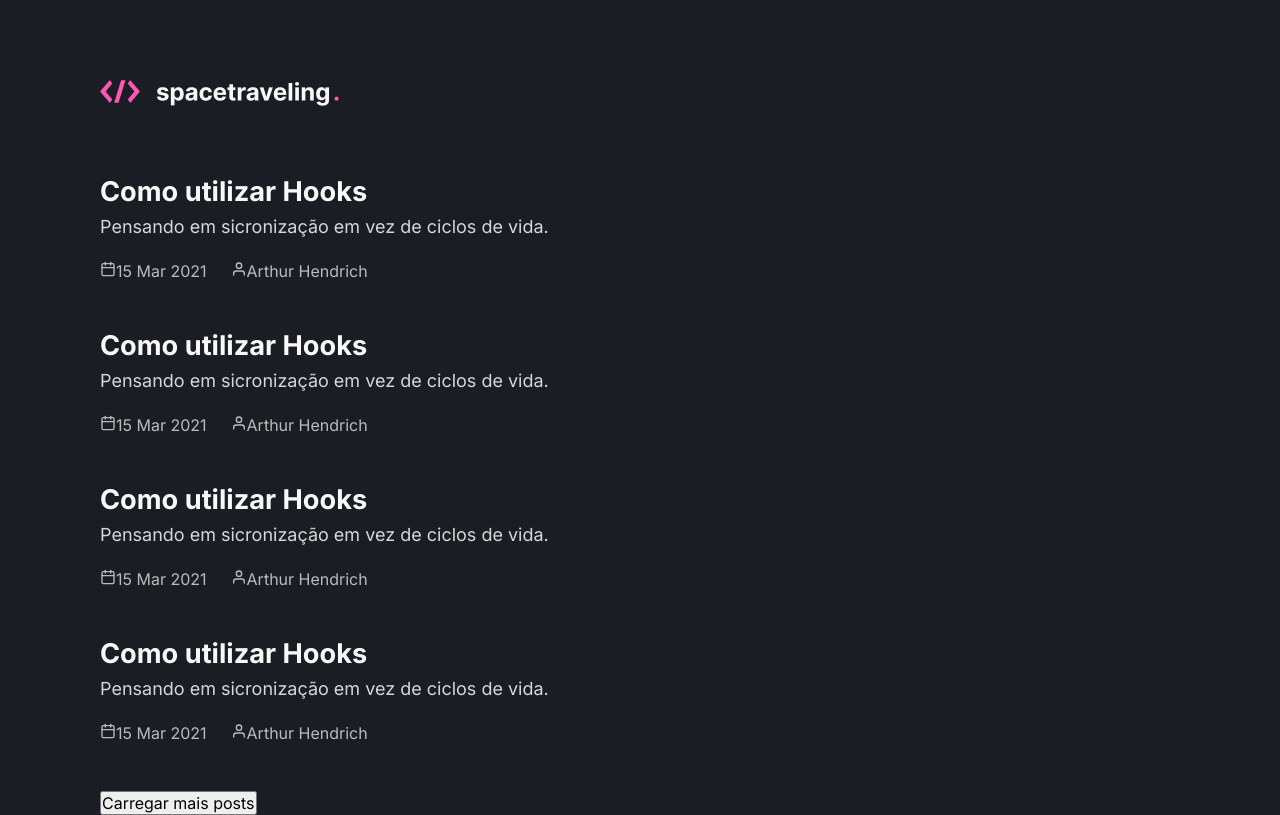
Repository: ArthurHendrich/Ignite-NextJS
Page: /
These files come from the project's save history. The page is drawn as it stood at one moment and after the next save; the edit follows.
The browser window is 1280 px wide. The pictures show the whole page.
The project was rebuilt for these pictures with package versions that can differ from the ones it lists, and the page was loaded fresh each time. The framework's server and built-in components were replaced by stand-ins that run in the browser.

Above is the page before, as saved 2022-07-09 15:52:30.

### src/pages/_document.tsx
import Document, { Head, Html, Main, NextScript } from 'next/document';

export default class MyDocument extends Document {
  render() {
    return (
      <Html>
        <Head>
          <link rel="preconnect" href="https://fonts.googleapis.com" />
          <link href="https://fonts.googleapis.com/css2?family=Inter:wght@400;600;700&display=swap" rel="stylesheet" />
        </Head>
        <body>
          <Main />
          <NextScript />
        </body>
      </Html>
    );
  }
}

### src/pages/index.tsx
import { GetStaticProps } from 'next';

import { getPrismicClient } from '../services/prismic';

import commonStyles from '../styles/common.module.scss';
import styles from './home.module.scss';
import { FiCalendar, FiUser } from 'react-icons/fi';

interface Post {
  uid?: string;
  first_publication_date: string | null;
  data: {
    title: string;
    subtitle: string;
    author: string;
  };
}

interface PostPagination {
  next_page: string;
  results: Post[];
}

interface HomeProps {
  postsPagination: PostPagination;
}

export default function Home() {
  return (
    <main className={commonStyles.Container}>
      <div className={styles.Container}>
        <h1>Como utilizar Hooks</h1>
        <p>Pensando em sicronização em vez de ciclos de vida.</p>
        <div className={styles.ContentInfo}>
          <div className={styles.Date}>
            <FiCalendar />
            <span>15 Mar 2021</span>
          </div>
          <div className={styles.Author}>
            <FiUser />
            <span>Arthur Hendrich</span>
          </div>
        </div>
        <h1>Como utilizar Hooks</h1>
        <p>Pensando em sicronização em vez de ciclos de vida.</p>
        <div className={styles.ContentInfo}>
          <div className={styles.Date}>
            <FiCalendar />
            <span>15 Mar 2021</span>
          </div>
          <div className={styles.Author}>
            <FiUser />
            <span>Arthur Hendrich</span>
          </div>
        </div>
        <h1>Como utilizar Hooks</h1>
        <p>Pensando em sicronização em vez de ciclos de vida.</p>
        <div className={styles.ContentInfo}>
          <div className={styles.Date}>
            <FiCalendar />
            <span>15 Mar 2021</span>
          </div>
          <div className={styles.Author}>
            <FiUser />
            <span>Arthur Hendrich</span>
          </div>
        </div>
        <h1>Como utilizar Hooks</h1>
        <p>Pensando em sicronização em vez de ciclos de vida.</p>
        <div className={styles.ContentInfo}>
          <div className={styles.Date}>
            <FiCalendar />
            <span>15 Mar 2021</span>
          </div>
          <div className={styles.Author}>
            <FiUser />
            <span>Arthur Hendrich</span>
          </div>
        </div>

      </div>
      <div className={styles.Button}>
        <button>Carregar mais posts</button>
      </div>
    </main>
  );
}

// export const getStaticProps = async () => {
//   const prismic = getPrismicClient({});
//   const postsResponse = await prismic.getByType(TODO);

//   TODO
// };

### src/components/Header/index.tsx
import styles from './header.module.scss';

export default function Header() {
  return (
    <header className={styles.Container}>
        <img src="images/Logo.png" alt="logo"/>
    </header>
  )
}

### src/styles/globals.scss
* {
  box-sizing: border-box;
  margin: 0;
  padding: 0;
}

:root {
  --Highlight: #FF57B2;
  --Heading: #F8F8F8;
  --Background: #1A1D23;
  --Info: #BBBBBB;
  --Body: #D7D7D7;
}


@media (max-width: 1080px) {
  html {
    font-size: 93.75%;
  }
}

@media (max-width: 720px) {
  html {
    font-size: 87.5%;
  }
}

body{
  background: var(--Background);
}

body, input, textarea, select, button {
  font: 400 1rem 'Inter', sans-serif;
}

button {
  cursor: pointer;
}

a {
  color: inherit;
  text-decoration: none;
}

### src/styles/common.module.scss
.Container {
  max-width: 1080px;
  margin: 0 auto;
}

### src/pages/home.module.scss
.Container {
  margin-top: 4.0625rem;

  h1 {
    font-size: 1.7rem;
    color: var(--Heading);
  }

  p {
    margin-top: 0.5rem;
    font-size: 1.125rem;
    color: var(--Body);
  }

  .ContentInfo {
    display: flex;
    align-items: center;
    color: var(--Info);
    margin-top: 1.5rem;
    margin-bottom: 3rem;

    .Date {
      margin-right: 1.5rem;
    }
  }
}

### src/components/Header/header.module.scss
.Container {
  max-width: 1080px;
  margin: 0 auto;
  margin-top: 5rem;
}

Loaded but not shown: src/pages/_app.tsx (common file)

After the next save:
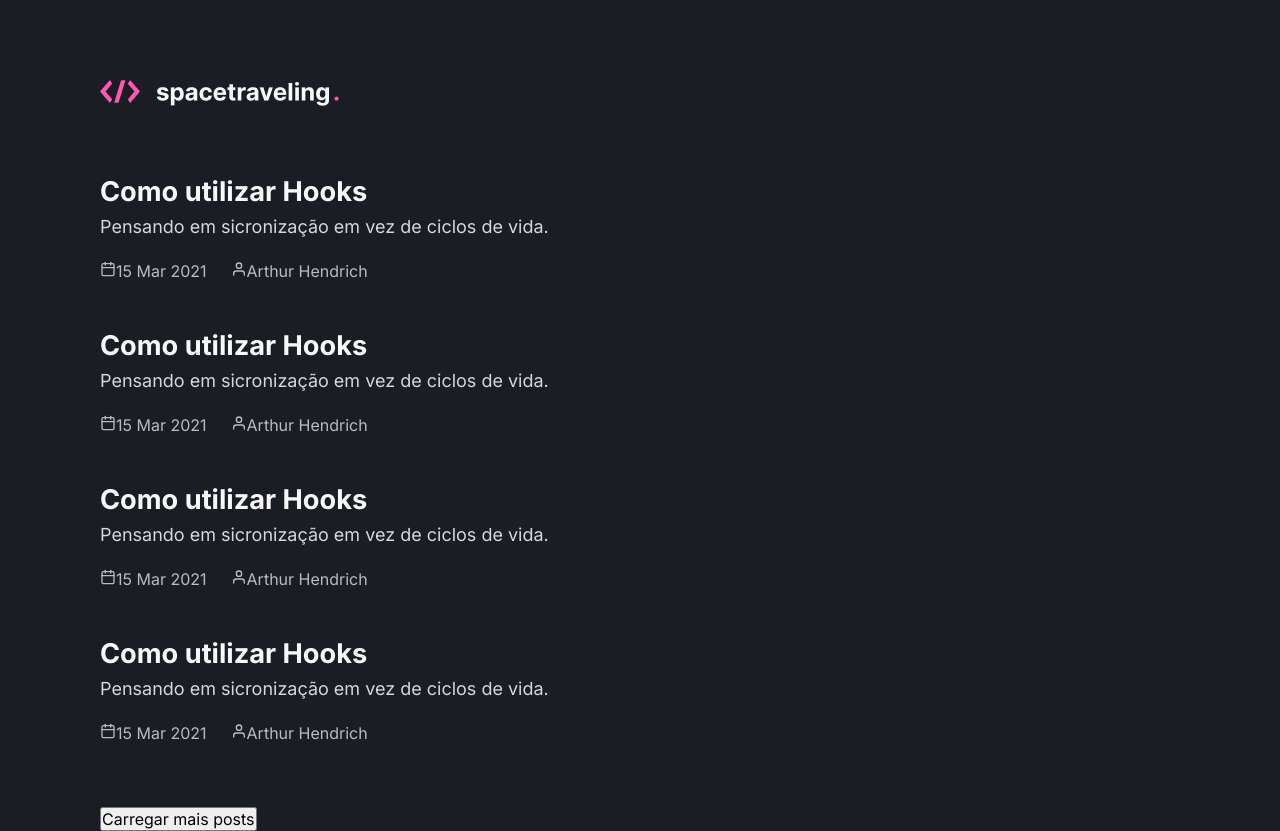
Saved 26 s later.
--- a/src/pages/home.module.scss
+++ b/src/pages/home.module.scss
@@ -24,3 +24,7 @@
     }
   }
 }
+
+.Button {
+  margin-top: 4rem;
+}
